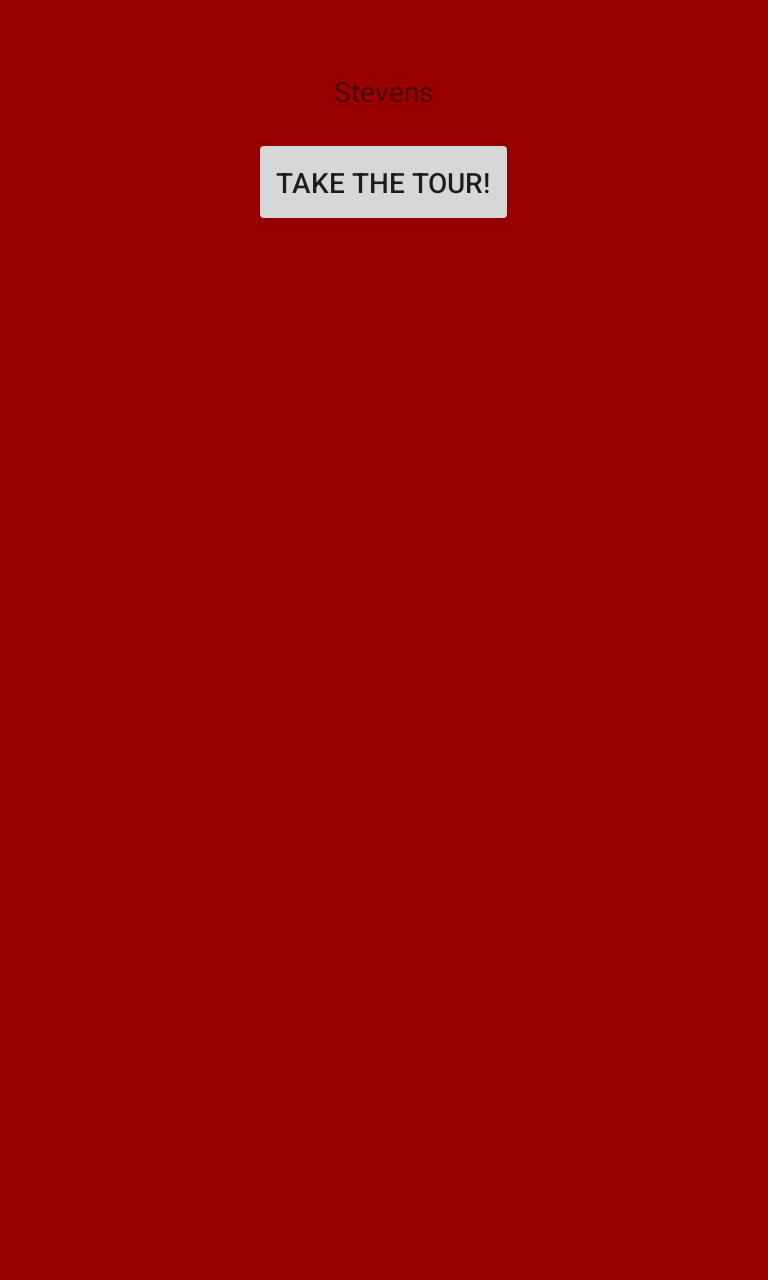
Repository: Klyros/StevensTourApp
Layout: StevensTourApp/res/layout/activity_home_screen.xml
These files come from the project's save history. The layout is drawn as it stood at one moment and after the next save; the edit follows.
It is drawn on a 768 x 1280 px phone screen (xhdpi) without system bars, with theme AppTheme; the app's code is not run.

Above is the layout before, as saved 2014-08-23 22:28:02.

After the next save:
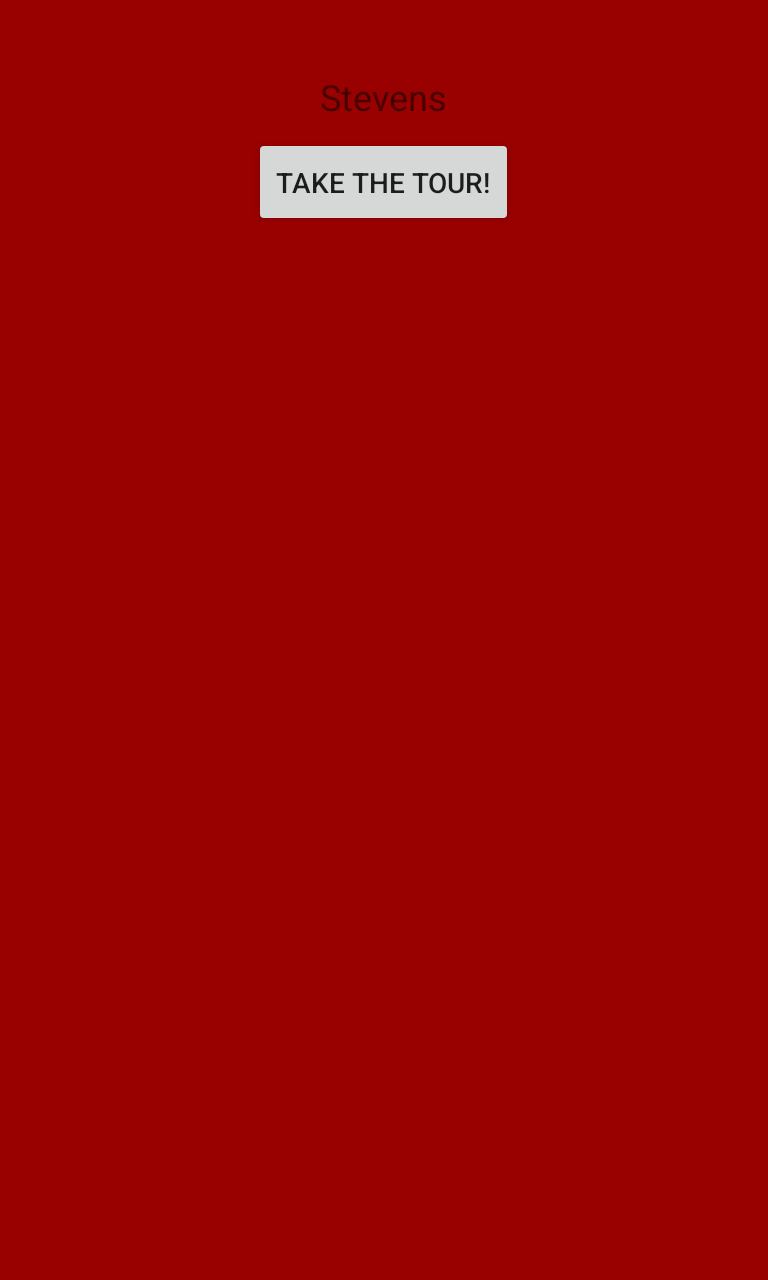
Saved 2 min 59 s later.
--- a/StevensTourApp/res/layout/activity_home_screen.xml
+++ b/StevensTourApp/res/layout/activity_home_screen.xml
@@ -25,6 +25,7 @@
         android:layout_height="wrap_content"
         android:layout_alignParentTop="true"
         android:layout_centerHorizontal="true"
+		android:textSize="18dp"
         android:layout_marginTop="20dp"
         android:text="Stevens" />
 
